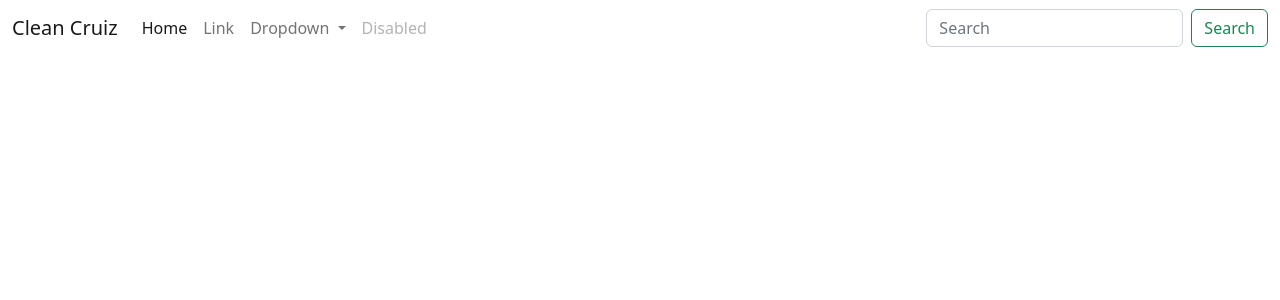
Repository: uy022/QuocUybaitapgiuaki
Page: index.html
The author's editor kept a copy of each file at every save. The page is drawn from the files as they stood at one save, then again after the next save.
The browser window is 1280 px wide. The pictures show the whole page.

Above is the page before, as saved 2022-08-30 17:18:32.

### index.html
<!DOCTYPE html>
<html>
    <head>
        <title> Học Boostrap buổi 1 </title>
        <link href="node_modules/bootstrap/dist/css/bootstrap.min.css" rel="stylesheet" />
       <link rel="stylesheet" href="./css/style1.css">
    </head>
    <body>
        <div class="menu">
            <nav class="navbar navbar-expand-lg  menu1">
                <div class="container-fluid">
                  <a class="navbar-brand" href="#">Clean Cruiz</a>
                  <button class="navbar-toggler" type="button" data-bs-toggle="collapse" data-bs-target="#navbarSupportedContent" aria-controls="navbarSupportedContent" aria-expanded="false" aria-label="Toggle navigation">
                    <span class="navbar-toggler-icon"></span>
                  </button>
                  <div class="collapse navbar-collapse" id="navbarSupportedContent">
                    <ul class="navbar-nav me-auto mb-2 mb-lg-0">
                      <li class="nav-item">
                        <a class="nav-link active" aria-current="page" href="#">Home</a>
                      </li>
                      <li class="nav-item">
                        <a class="nav-link" href="#">Link</a>
                      </li>
                      <li class="nav-item dropdown">
                        <a class="nav-link dropdown-toggle" href="#" role="button" data-bs-toggle="dropdown" aria-expanded="false">
                          Dropdown
                        </a>
                        <ul class="dropdown-menu">
                          <li><a class="dropdown-item" href="#">Action</a></li>
                          <li><a class="dropdown-item" href="#">Another action</a></li>
                          <li><hr class="dropdown-divider"></li>
                          <li><a class="dropdown-item" href="#">Something else here</a></li>
                        </ul>
                      </li>
                      <li class="nav-item">
                        <a class="nav-link disabled">Disabled</a>
                      </li>
                    </ul>
                    <form class="d-flex" role="search">
                      <input class="form-control me-2" type="search" placeholder="Search" aria-label="Search">
                      <button class="btn btn-outline-success" type="submit">Search</button>
                    </form>
                  </div>
                </div>
              </nav>
        </div>
    </body>
    <script src="/node_modules/bootstrap/dist/js/bootstrap.min.js"> </script>
</html>

### css/style1.css
.menu1{
background-color: F36B7F;
}

Loaded but not shown: node_modules/bootstrap/dist/css/bootstrap.min.css (library); node_modules/bootstrap/dist/js/bootstrap.min.js (library)

After the next save:
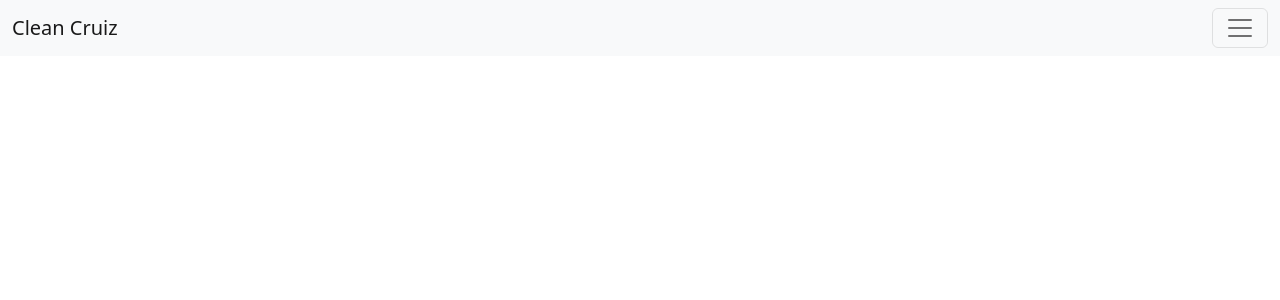
Saved 33 s later.
--- a/index.html
+++ b/index.html
@@ -7,7 +7,7 @@
     </head>
     <body>
         <div class="menu">
-            <nav class="navbar navbar-expand-lg  menu1">
+            <nav class="navbar  bg-light menu1">
                 <div class="container-fluid">
                   <a class="navbar-brand" href="#">Clean Cruiz</a>
                   <button class="navbar-toggler" type="button" data-bs-toggle="collapse" data-bs-target="#navbarSupportedContent" aria-controls="navbarSupportedContent" aria-expanded="false" aria-label="Toggle navigation">

After the save that followed:
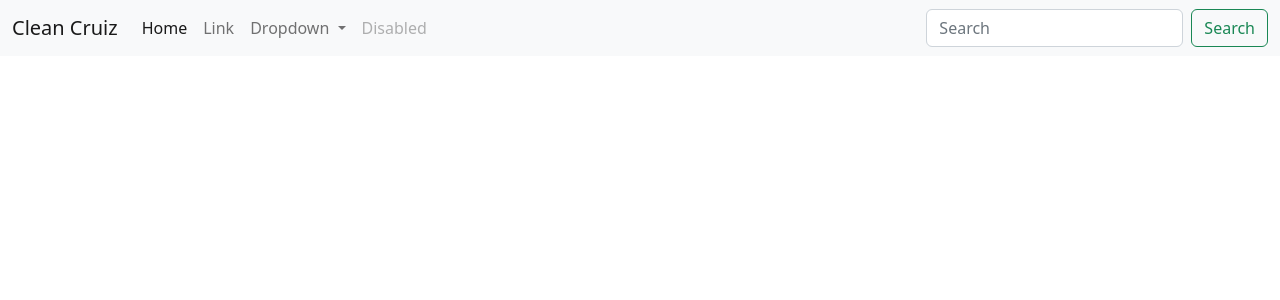
Saved 7 s later.
--- a/index.html
+++ b/index.html
@@ -7,7 +7,7 @@
     </head>
     <body>
         <div class="menu">
-            <nav class="navbar  bg-light menu1">
+            <nav class="navbar navbar-expand-lg bg-light menu1">
                 <div class="container-fluid">
                   <a class="navbar-brand" href="#">Clean Cruiz</a>
                   <button class="navbar-toggler" type="button" data-bs-toggle="collapse" data-bs-target="#navbarSupportedContent" aria-controls="navbarSupportedContent" aria-expanded="false" aria-label="Toggle navigation">
